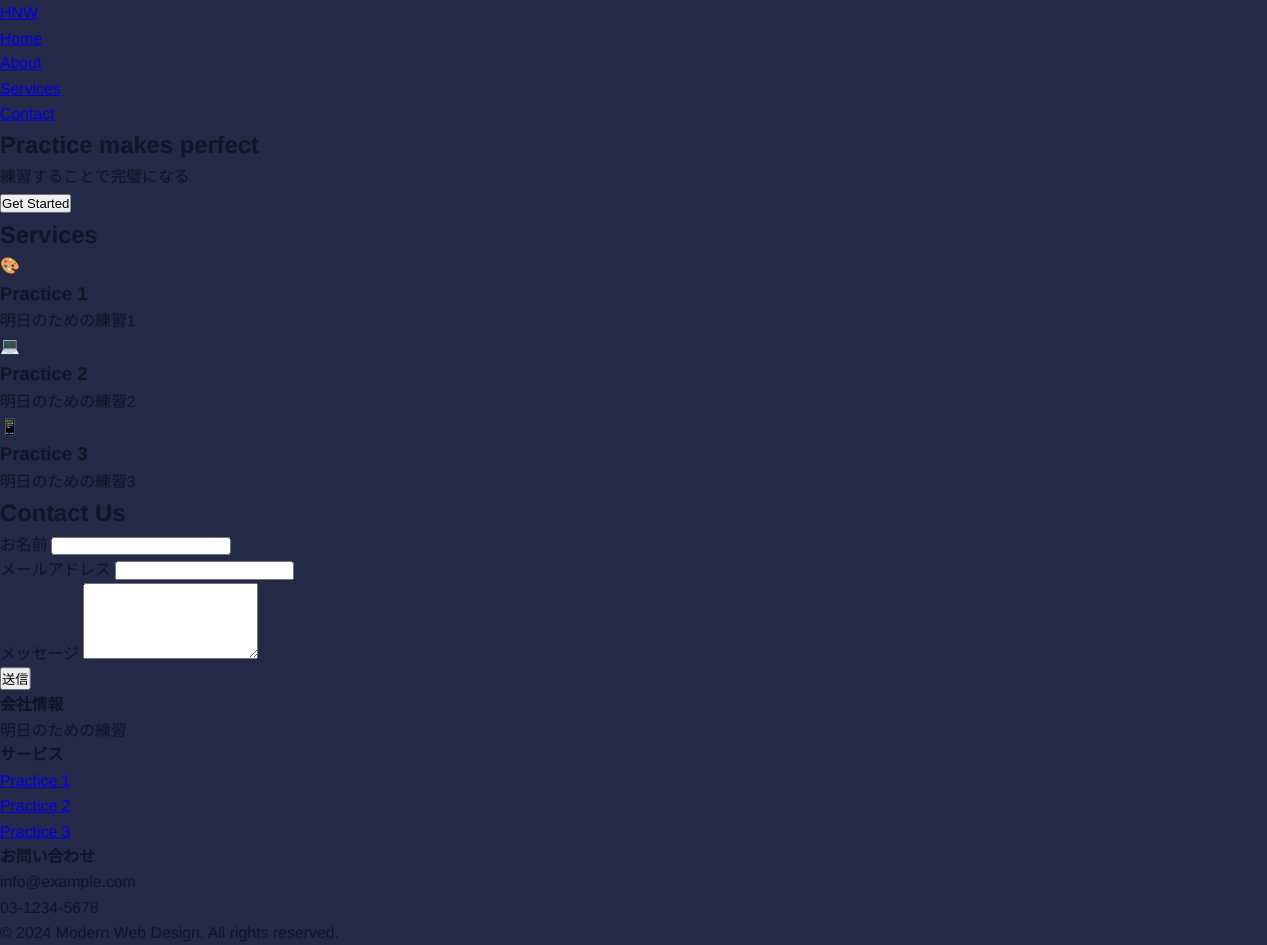
Repository: co6tter/hello-newworld-v3
Page: index.html
An editor plug-in stored every save of this project. The page is shown before and after the next save, followed by the edit.
The browser window is 1280 px wide. The pictures show the whole page, at 99% of full size.

Above is the page before, as saved 2025-07-14 19:40:27.

### index.html
<!DOCTYPE html>
<html lang="ja">
  <head>
    <meta charset="UTF-8" />
    <meta name="viewport" content="width=device-width, initial-scale=1.0" />
    <title>Hello New World V3</title>
    <link rel="stylesheet" href="style.css" />
  </head>
  <body>
    <header class="header">
      <nav class="navbar">
        <div class="nav-brand">
          <a href="#" class="brand-logo">HNW</a>
        </div>
        <ul class="nav-menu">
          <li class="nav-item"><a href="#home" class="nav-link">Home</a></li>
          <li class="nav-item"><a href="#about" class="nav-link">About</a></li>
          <li class="nav-item">
            <a href="#services" class="nav-link">Services</a>
          </li>
          <li class="nav-item">
            <a href="#contact" class="nav-link">Contact</a>
          </li>
        </ul>
        <div class="hamburger">
          <span class="bar"></span>
          <span class="bar"></span>
          <span class="bar"></span>
        </div>
      </nav>
    </header>

    <section class="hero" id="home">
      <div class="hero-content">
        <h1 class="hero-title">Practice makes perfect</h1>
        <p class="hero-subtitle">練習することで完璧になる</p>
        <button class="cta-button">Get Started</button>
      </div>
    </section>

    <section class="section" id="services">
      <div class="container">
        <h2 class="section-title">Services</h2>
        <div class="card-grid">
          <div class="card">
            <div class="card-icon">🎨</div>
            <h3 class="card-title">Practice 1</h3>
            <p class="card-description">明日のための練習1</p>
          </div>
          <div class="card">
            <div class="card-icon">💻</div>
            <h3 class="card-title">Practice 2</h3>
            <p class="card-description">明日のための練習2</p>
          </div>
          <div class="card">
            <div class="card-icon">📱</div>
            <h3 class="card-title">Practice 3</h3>
            <p class="card-description">明日のための練習3</p>
          </div>
        </div>
      </div>
    </section>

    <section class="section" id="contact">
      <div class="container">
        <h2 class="section-title">Contact Us</h2>
        <form class="contact-form">
          <div class="form-group">
            <label for="name" class="form-label">お名前</label>
            <input type="text" id="name" class="form-input" required />
          </div>
          <div class="form-group">
            <label for="email" class="form-label">メールアドレス</label>
            <input type="email" id="email" class="form-input" required />
          </div>
          <div class="form-group">
            <label for="message" class="form-label">メッセージ</label>
            <textarea
              id="message"
              class="form-textarea"
              rows="5"
              required
            ></textarea>
          </div>
          <button type="submit" class="form-submit">送信</button>
        </form>
      </div>
    </section>

    <footer class="footer">
      <div class="container">
        <div class="footer-content">
          <div class="footer-section">
            <h4>会社情報</h4>
            <p>明日のための練習</p>
          </div>
          <div class="footer-section">
            <h4>サービス</h4>
            <ul>
              <li><a href="#">Practice 1</a></li>
              <li><a href="#">Practice 2</a></li>
              <li><a href="#">Practice 3</a></li>
            </ul>
          </div>
          <div class="footer-section">
            <h4>お問い合わせ</h4>
            <p>info@example.com</p>
            <p>03-1234-5678</p>
          </div>
        </div>
        <div class="footer-bottom">
          <p>&copy; 2024 Modern Web Design. All rights reserved.</p>
        </div>
      </div>
    </footer>
  </body>
</html>

### style.css
:root {
  --primary-color: #b8c1ec;
  --secondary-color: #fffffe;
  --accent-color: #eebbc3;
  --text-color: #121629;
  --bg-color: #232946;
  --border-color: #121629;
  --shadow: 0 4px 6px -1px rgb(0 0 0 / 0.1);
  --shadow-lg: 0 20px 25px -5px rgb(0 0 0 / 0.1);
  --border-radius: 8px;
  --transition: all 0.3s ease;
  --font-primary: "Helvetica Neue", Arial, sans-serif;
  --max-width: 1200px;
}

* {
  margin: 0;
  padding: 0;
  box-sizing: border-box;
}

body {
  font-family: var(--font-primary);
  line-height: 1.6;
  color: var(--text-color);
  background-color: var(--bg-color);
}

After the next save:
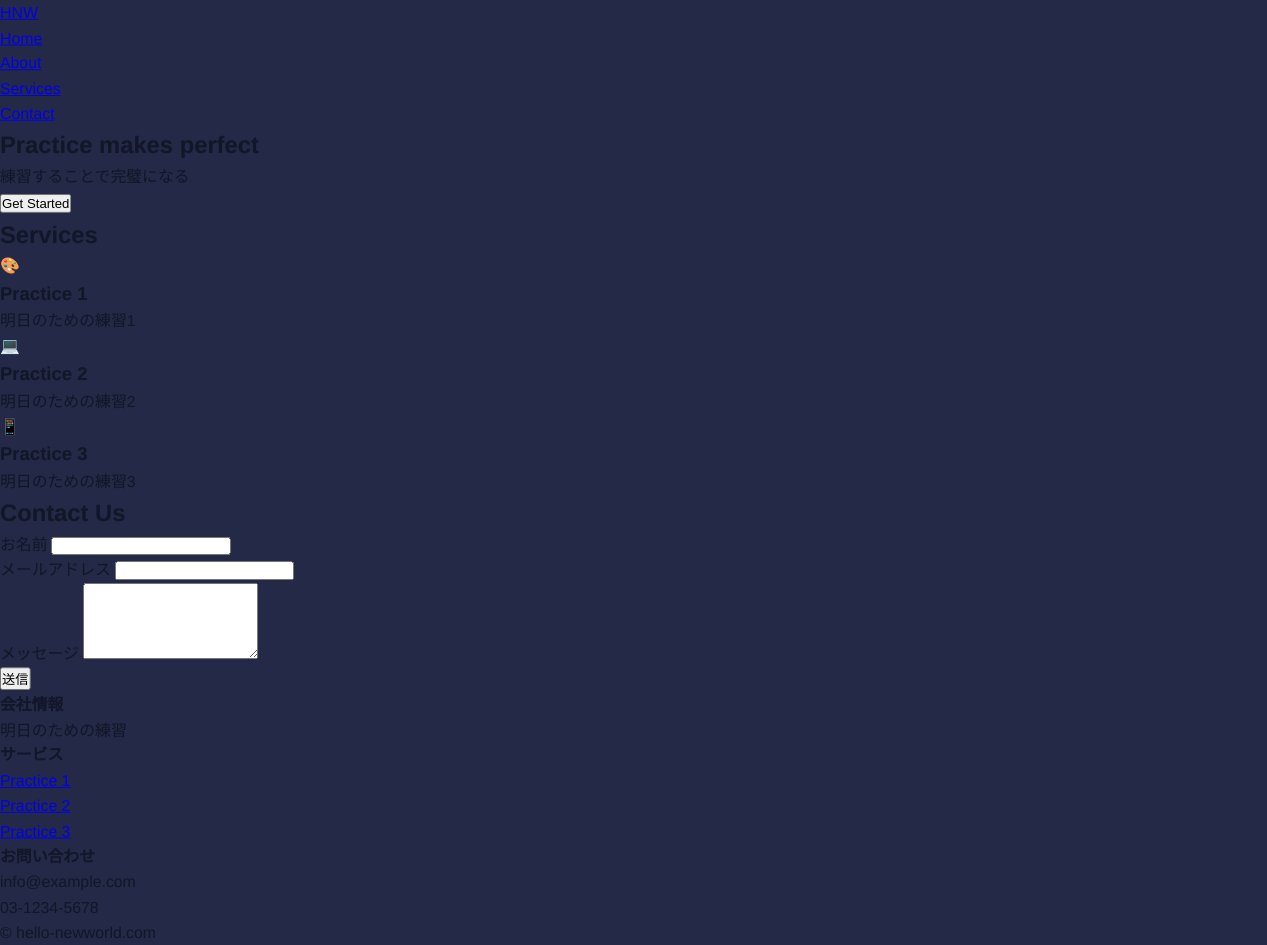
Saved 15 s later.
--- a/index.html
+++ b/index.html
@@ -109,7 +109,7 @@
           </div>
         </div>
         <div class="footer-bottom">
-          <p>&copy; 2024 Modern Web Design. All rights reserved.</p>
+          <p>&copy; hello-newworld.com</p>
         </div>
       </div>
     </footer>
